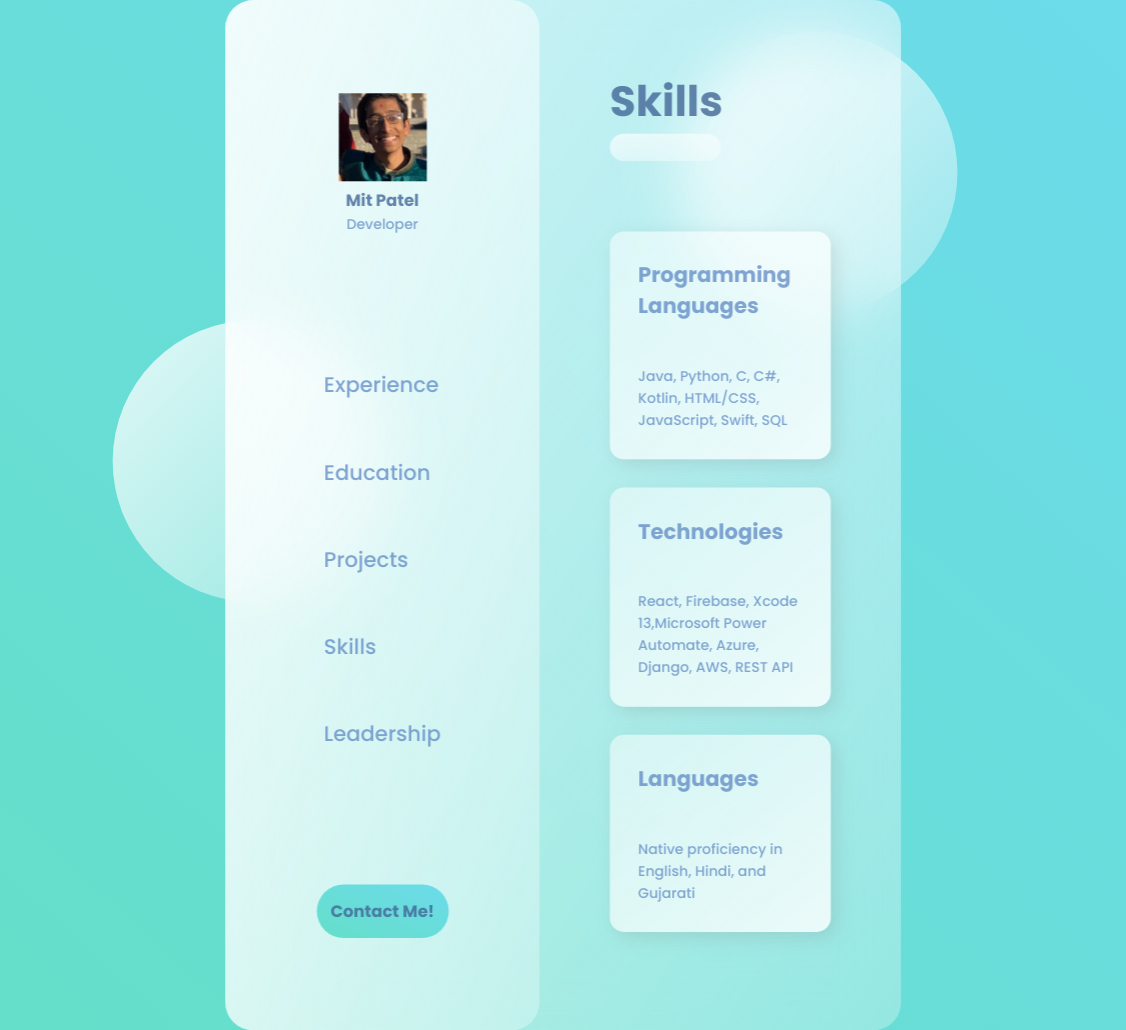
Repository: mitrpatel/mitrpatel.github.io
Page: Skills.html
The author's editor kept a copy of each file at every save. The page is drawn from the files as they stood at one save, then again after the next save.
The browser window is 1280 px wide. The pictures show the whole page, at 88% of full size.

Above is the page before, as saved 2023-05-10 14:43:12.

After the next save:
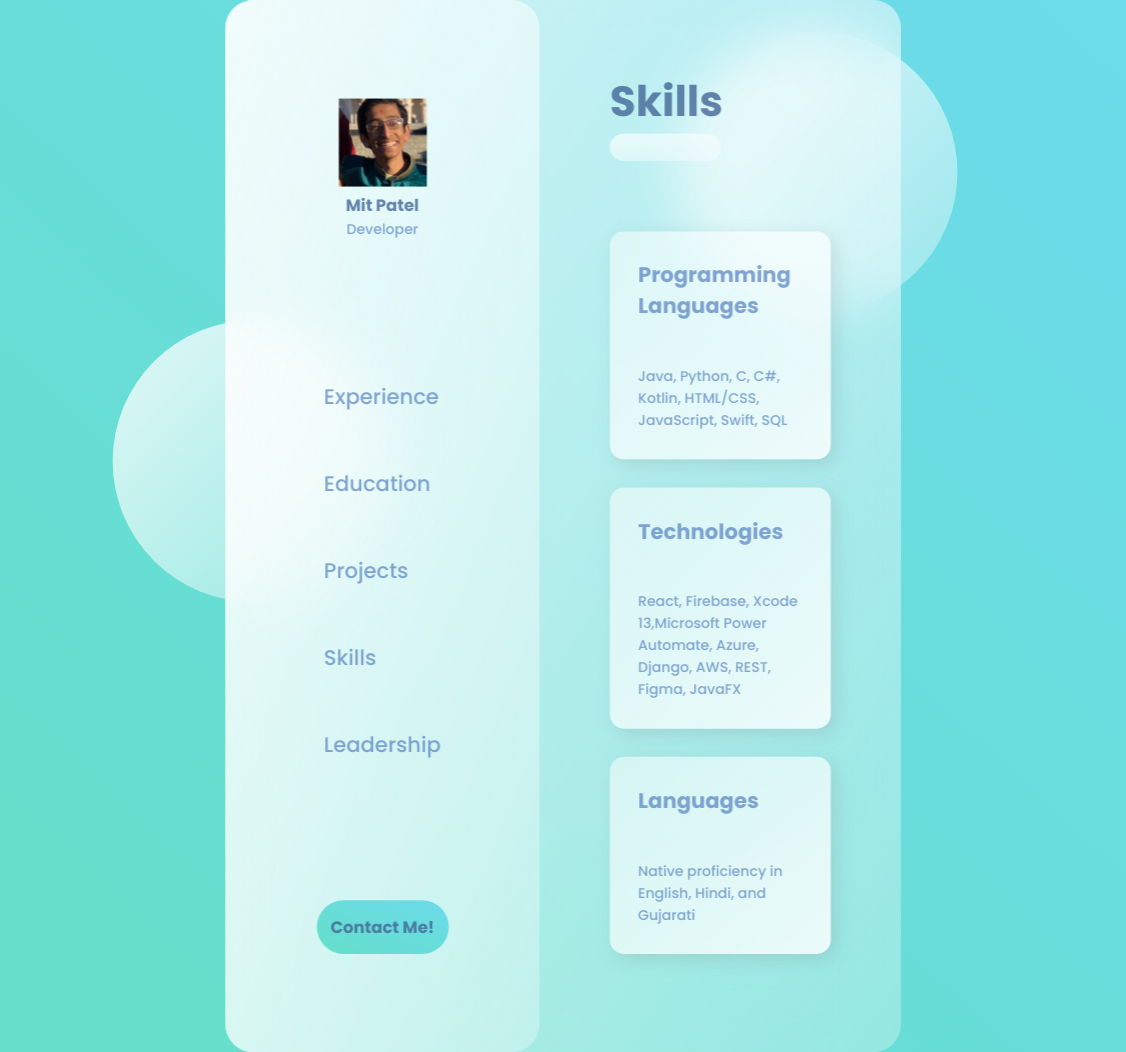
Saved 86 s later.
--- a/Skills.html
+++ b/Skills.html
@@ -78,7 +78,7 @@
                 <div class="card-info">
                   <h2><b>Technologies</b></h2>
                   <br></br>
-                  <p>React, Firebase, Xcode 13,Microsoft Power Automate, Azure, Django, AWS, REST API</p>
+                  <p>React, Firebase, Xcode 13,Microsoft Power Automate, Azure, Django, AWS, REST, Figma, JavaFX</p>
                   <div class="progress"></div>
                 </div>
                 <h2 class="percentage"></h2>
